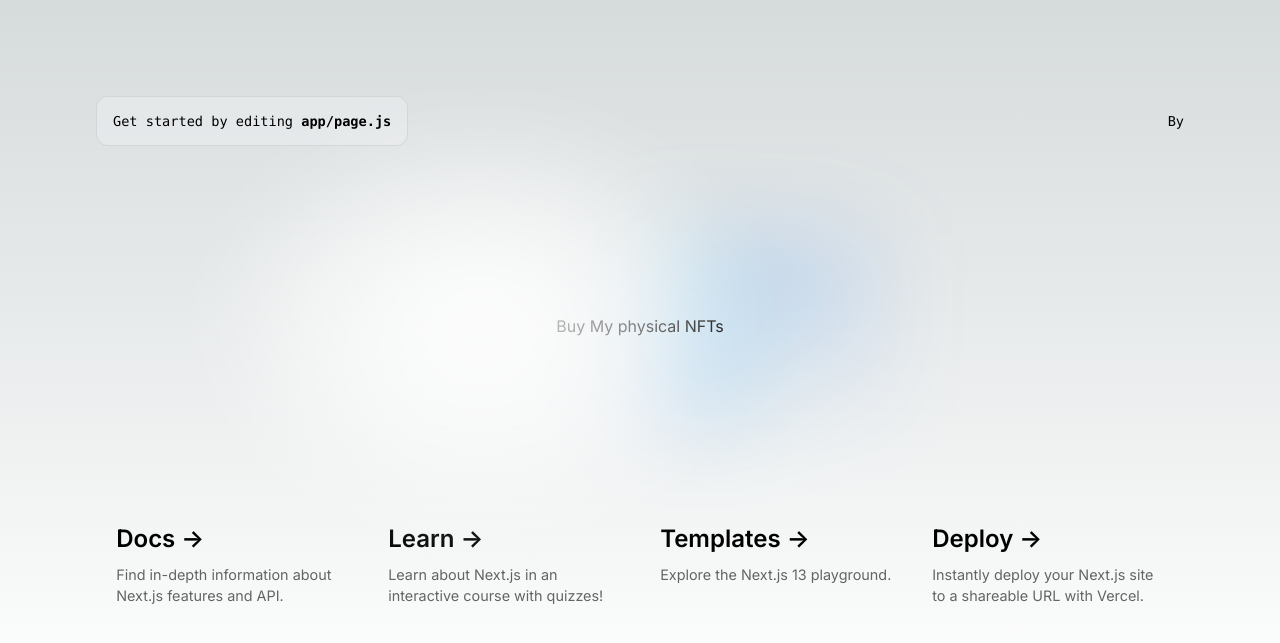
Repository: Seva2705/stripe-nextjs
Page: /
These files come from the project's save history. The page is drawn as it stood at one moment and after a run of saves; the edit follows.
The browser window is 1280 px wide. The pictures show the whole page.
The project was rebuilt for these pictures with package versions that can differ from the ones it lists, and the page was loaded fresh each time. The framework's server and built-in components were replaced by stand-ins that run in the browser. Also part of the build but not shown: next.config.js.

Above is the page before, as saved 2023-10-31 22:45:40.

### app/page.js
import Image from 'next/image'
import styles from './page.module.css'

export default function Home() {
  return (
    <main className={styles.main}>
      <div className={styles.description}>
        <p>
          Get started by editing&nbsp;
          <code className={styles.code}>app/page.js</code>
        </p>
        <div>
          <a
            href="https://vercel.com?utm_source=create-next-app&utm_medium=appdir-template&utm_campaign=create-next-app"
            target="_blank"
            rel="noopener noreferrer"
          >
            By{' '}
           {/*  <Image
              src="/vercel.svg"
              alt="Vercel Logo"
              className={styles.vercelLogo}
              width={100}
              height={24}
              priority
            /> */}
          </a>
        </div>
      </div>

      <div className={styles.center}>
        {/* <Image
          className={styles.logo}
          src="/next.svg"
          alt="Next.js Logo"
          width={180}
          height={37}
          priority
        /> */}Buy My physical NFTs
      </div>

      <div className={styles.grid}>
        <a
          href="https://nextjs.org/docs?utm_source=create-next-app&utm_medium=appdir-template&utm_campaign=create-next-app"
          className={styles.card}
          target="_blank"
          rel="noopener noreferrer"
        >
          <h2>
            Docs <span>-&gt;</span>
          </h2>
          <p>Find in-depth information about Next.js features and API.</p>
        </a>

        <a
          href="https://nextjs.org/learn?utm_source=create-next-app&utm_medium=appdir-template&utm_campaign=create-next-app"
          className={styles.card}
          target="_blank"
          rel="noopener noreferrer"
        >
          <h2>
            Learn <span>-&gt;</span>
          </h2>
          <p>Learn about Next.js in an interactive course with&nbsp;quizzes!</p>
        </a>

        <a
          href="https://vercel.com/templates?framework=next.js&utm_source=create-next-app&utm_medium=appdir-template&utm_campaign=create-next-app"
          className={styles.card}
          target="_blank"
          rel="noopener noreferrer"
        >
          <h2>
            Templates <span>-&gt;</span>
          </h2>
          <p>Explore the Next.js 13 playground.</p>
        </a>

        <a
          href="https://vercel.com/new?utm_source=create-next-app&utm_medium=appdir-template&utm_campaign=create-next-app"
          className={styles.card}
          target="_blank"
          rel="noopener noreferrer"
        >
          <h2>
            Deploy <span>-&gt;</span>
          </h2>
          <p>
            Instantly deploy your Next.js site to a shareable URL with Vercel.
          </p>
        </a>
      </div>
    </main>
  )
}

Loaded but not shown: app/layout.js (common file); app/globals.css (common file); app/page.module.css (common file)

After the next 2 saves:
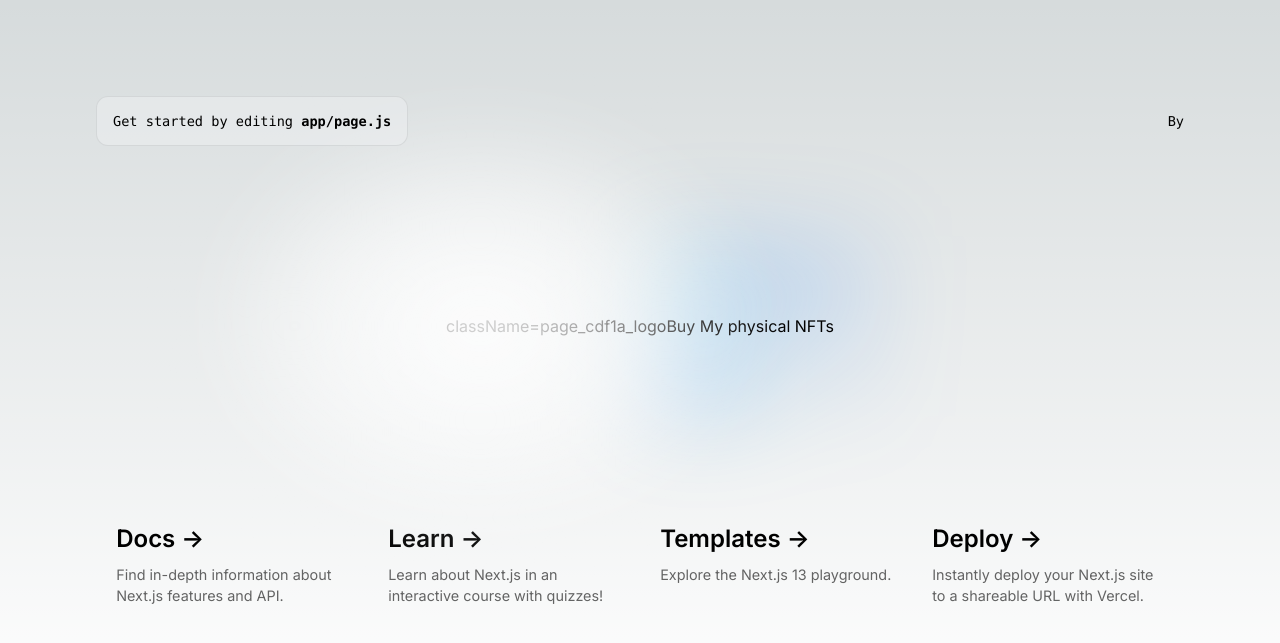
The 2 saves are shown as one change because they came seconds apart.
The last was saved 19 s later.
--- a/app/page.js
+++ b/app/page.js
@@ -29,14 +29,9 @@
       </div>
 
       <div className={styles.center}>
-        {/* <Image
+
           className={styles.logo}
-          src="/next.svg"
-          alt="Next.js Logo"
-          width={180}
-          height={37}
-          priority
-        /> */}Buy My physical NFTs
+          Buy My physical NFTs
       </div>
 
       <div className={styles.grid}>

After the save that followed:
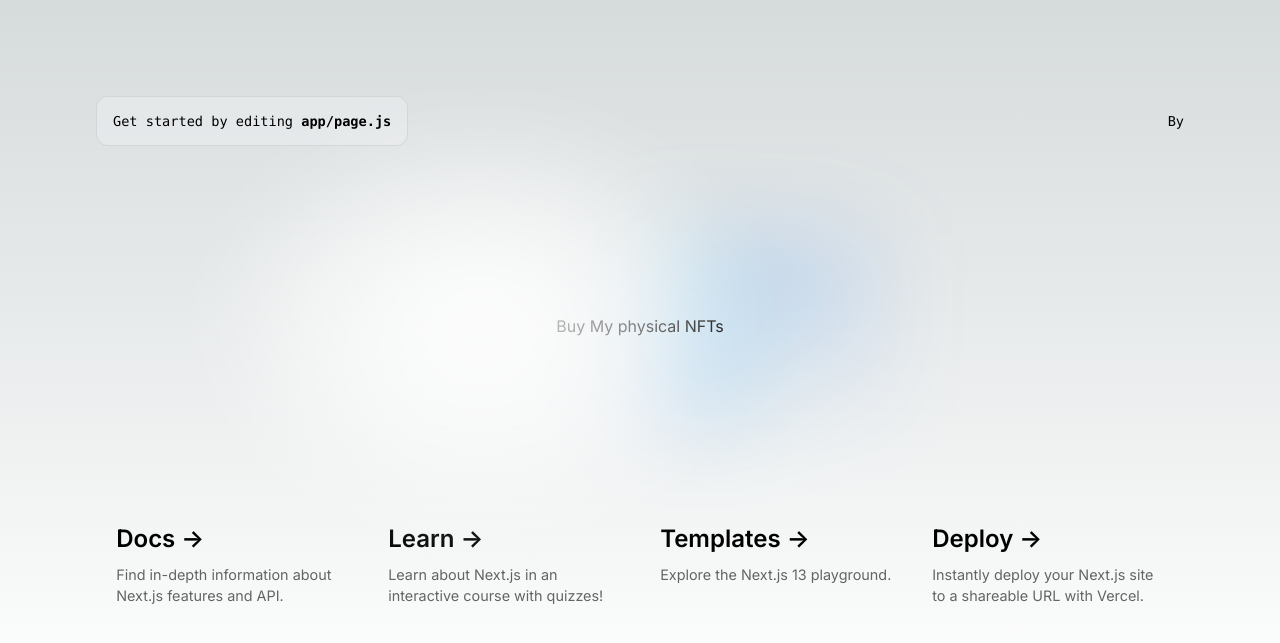
Saved 4 s later.
--- a/app/page.js
+++ b/app/page.js
@@ -30,7 +30,7 @@
 
       <div className={styles.center}>
 
-          className={styles.logo}
+
           Buy My physical NFTs
       </div>
 
